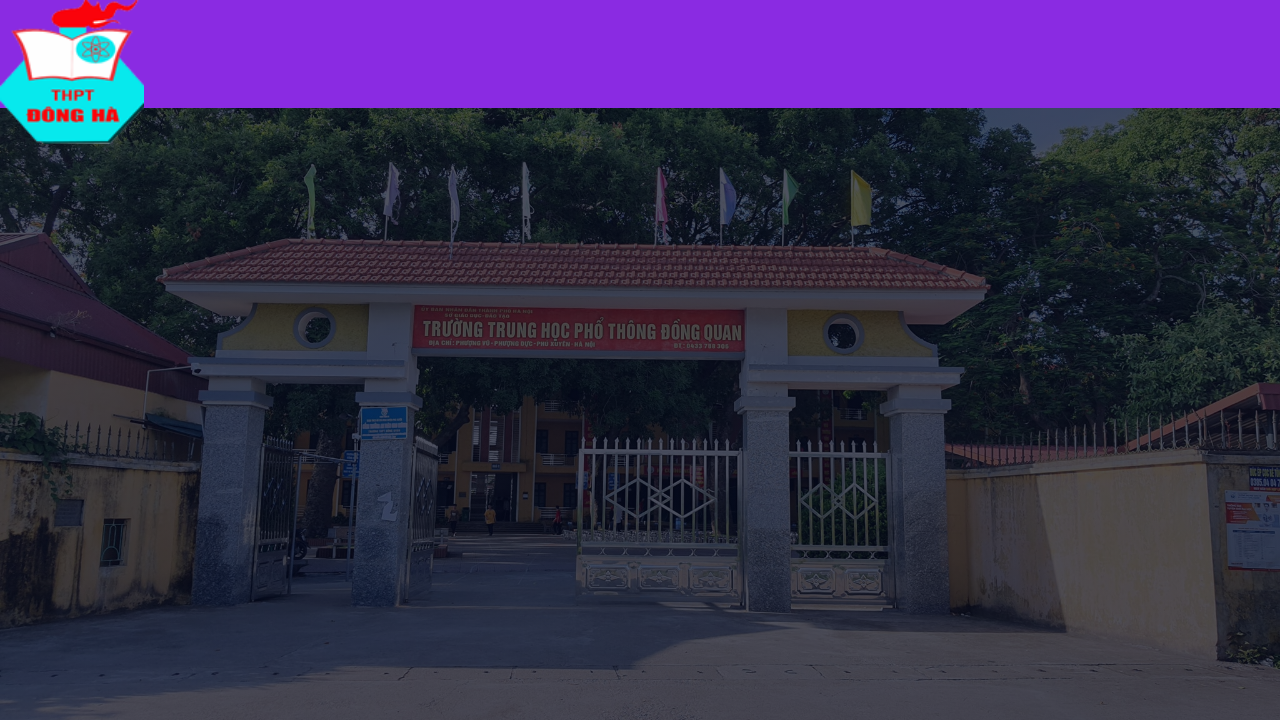
Repository: tung1233hhhhhhhhhhhhh/login-demo
Page: index.html
These files come from the project's save history. The page is drawn as it stood at one moment and after the next save; the edit follows.
The browser window is 1280 px wide. The pictures show the whole page.

Above is the page before, as saved 2023-02-07 21:50:37.

### index.html
<!DOCTYPE html>
<html lang="en">

<head>
    <meta charset="UTF-8">
    <meta http-equiv="X-UA-Compatible" content="IE=edge">
    <meta name="viewport" content="width=device-width, initial-scale=1.0">
    <title>Document</title>
    <link rel="stylesheet" href="./main.css">
</head>

<body>
    <div class="main">
        <div class="nav">
            <div class="logo">
                <img src="./img/logo3.png" alt="">
            </div>
        </div>
        <div class="content"></div>
    </div>
</body>

</html>

### main.css
* {
    padding: 0;
    margin: 0;
    box-sizing: border-box;
}

body {
    height: 100vh;
    /* height: 100%; */
    width: 100%;
    background-image: linear-gradient(rgba(4, 9, 30, 0.7), rgba(4, 9, 30, 0.7)), url(./img/bgr.jpg);
    background-repeat: no-repeat;
    background-size: cover;
    background-position: center;
}

.main .nav {
    background-color: blueviolet;
    width: 100%;
    height: 15vh;
    position: relative;
}

.main .nav .logo img {
    position: absolute;
    height: 20vh;

}

After the next save:
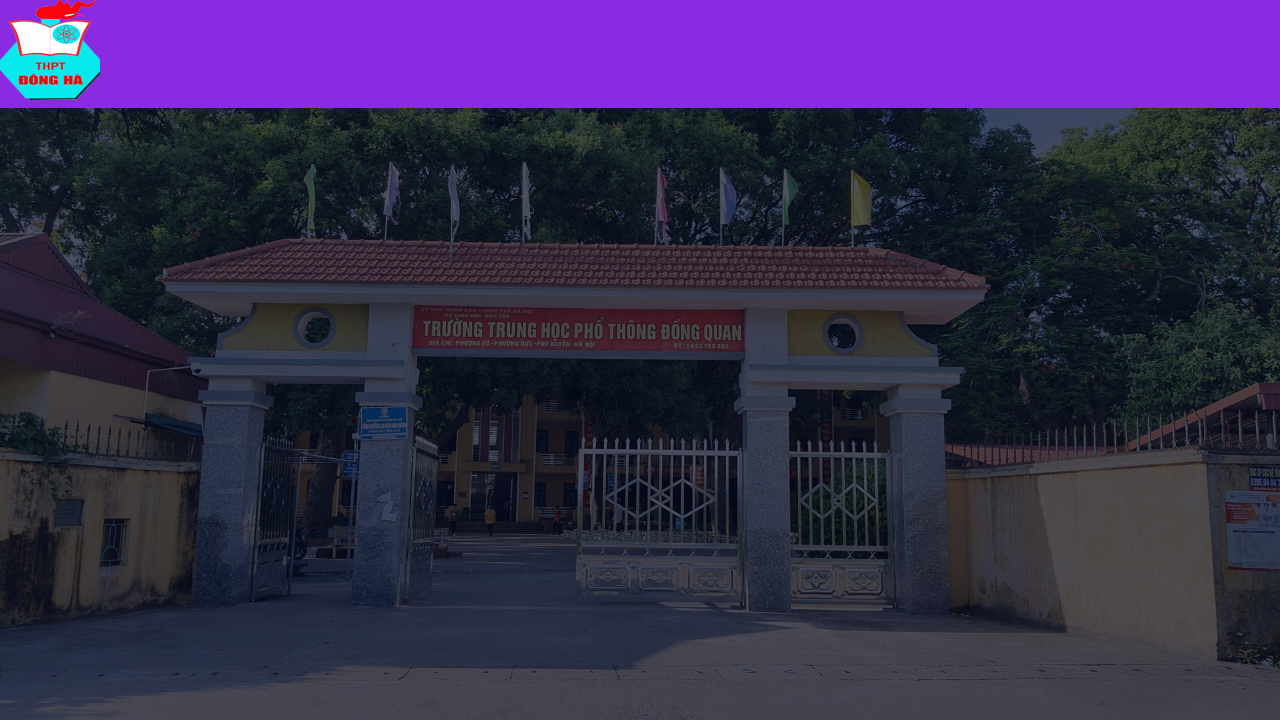
Saved 9 s later.
--- a/main.css
+++ b/main.css
@@ -23,6 +23,6 @@
 
 .main .nav .logo img {
     position: absolute;
-    height: 20vh;
+    /* height: 20vh; */
 
 }
